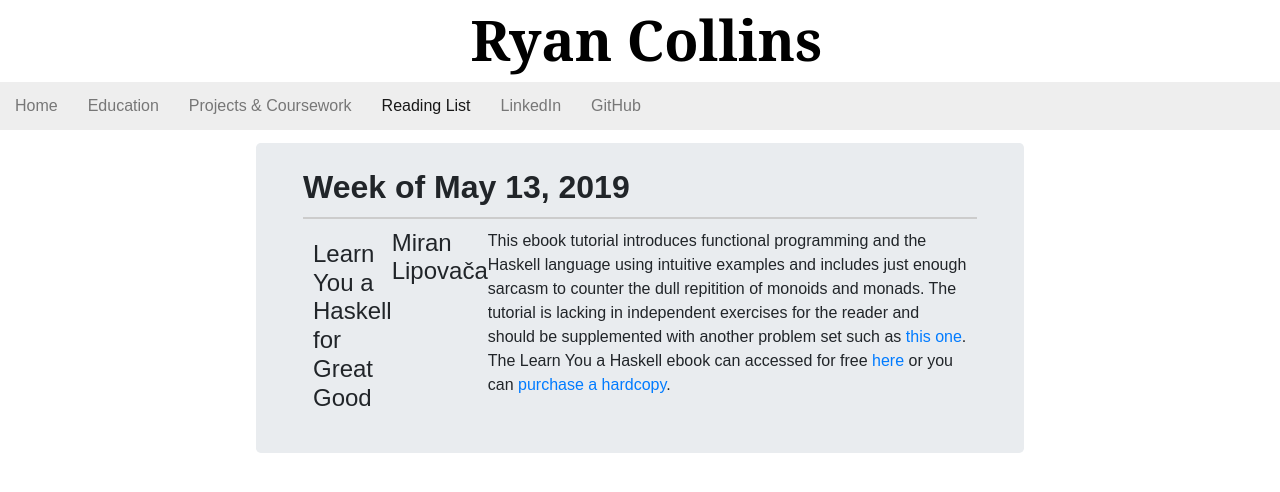
Repository: RyanMCollins/cs50
Page: pset5/homepage/readlist.html
The author's editor kept a record of every edit. The page is drawn from the files as they stood at one moment, then again after the next edit.
The browser window is 1280 px wide. The pictures show the whole page.

Above is the page before.

After the next edit:
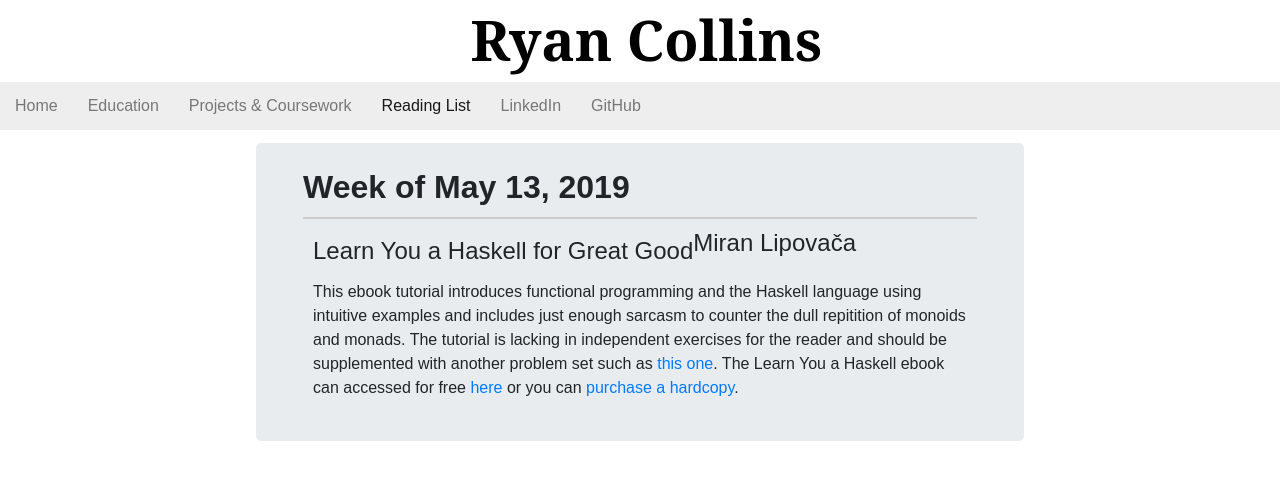
The edit:
--- a/pset5/homepage/readlist.html
+++ b/pset5/homepage/readlist.html
@@ -64,7 +64,8 @@
                     </h4>
                     <h4>
                         Miran Lipovača
-                    </h5>
+                    </h4>
+                    </div>
                     <p>
                         This ebook tutorial introduces functional programming and the Haskell language using intuitive examples and includes
                         just enough sarcasm to counter the dull repitition of monoids and monads. The tutorial is lacking in independent
